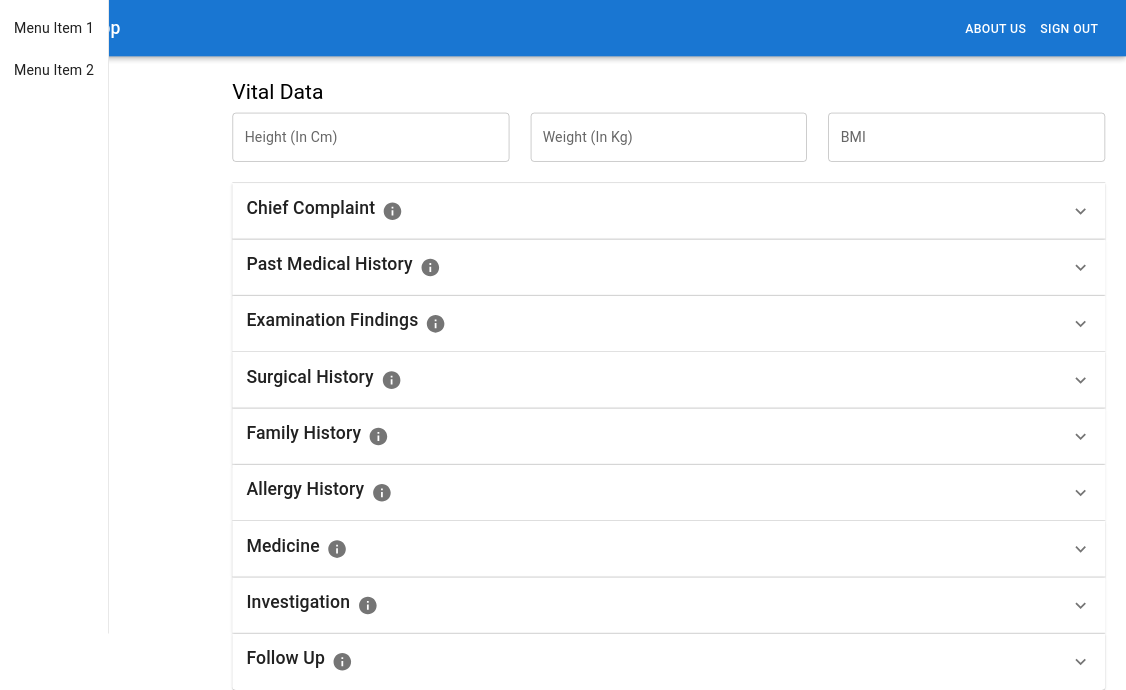
Repository: sshaiv/demo_project
Page: /
An editor plug-in stored every save of this project. The page is shown before and after the next save, followed by the edit.
The browser window is 1280 px wide. The pictures show the whole page, at 88% of full size.
The project was rebuilt for these pictures with package versions that can differ from the ones it lists, and the page was loaded fresh each time.

Above is the page before, as saved 2024-08-12 20:01:39.

After the next save:
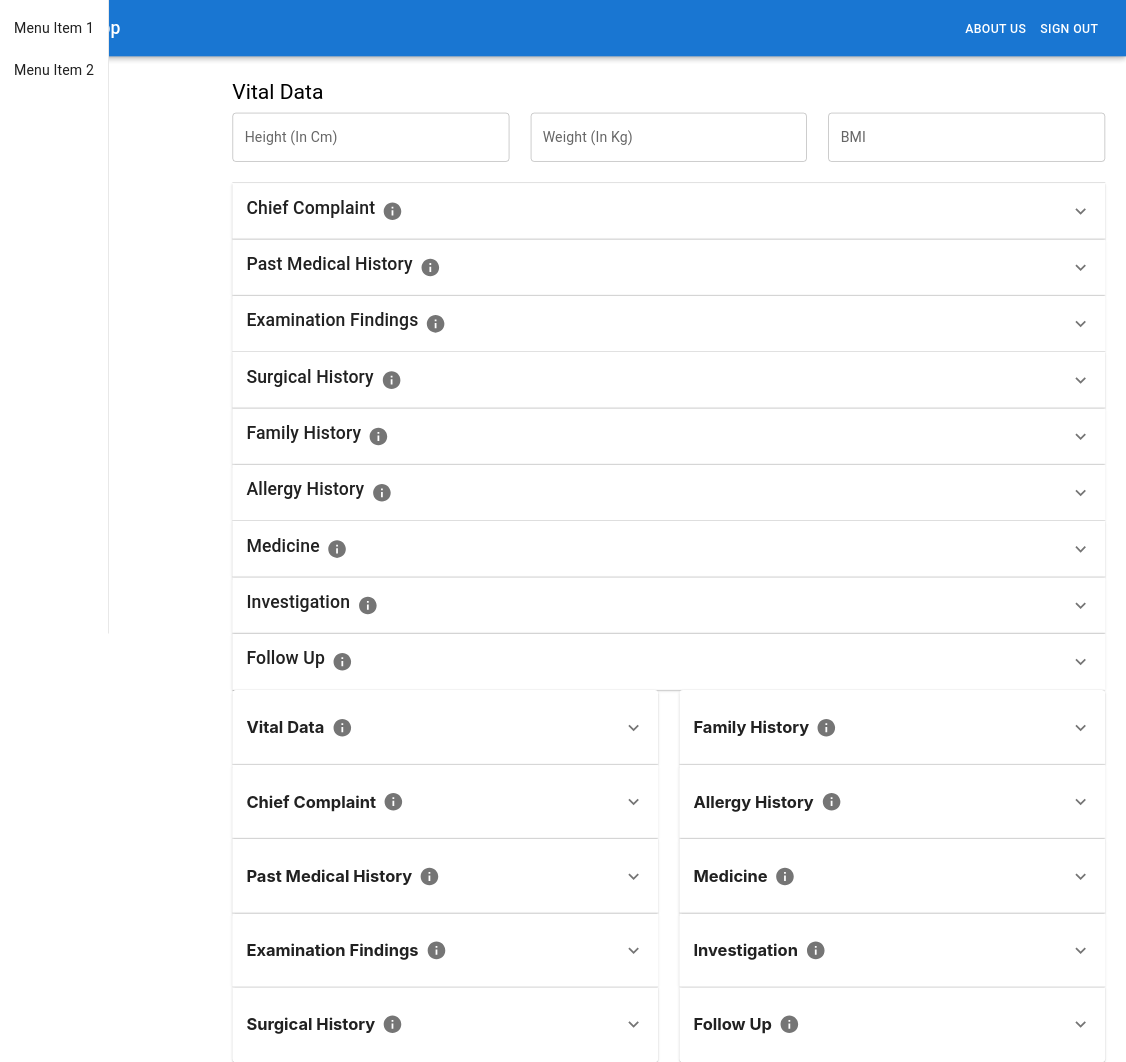
Saved 110 s later.
--- a/src/App.js
+++ b/src/App.js
@@ -6,6 +6,7 @@ import VitalData from './components/VitalData';
 import AccordionSection from './components/AccordionSection';
 import MedicineSection from './components/MedicineSection';
 import FollowUpSection from './components/FollowUpSection';
+import HistoryDetail from './components/HistoryDetail'; // Import the new component
 
 const App = () => {
   return (
@@ -24,6 +25,7 @@ const App = () => {
           <MedicineSection />
           <AccordionSection title="Investigation" />
           <FollowUpSection />
+          <HistoryDetail /> {/* Add the HistoryDetail component here */}
         </Box>
       </Container>
     </div>
